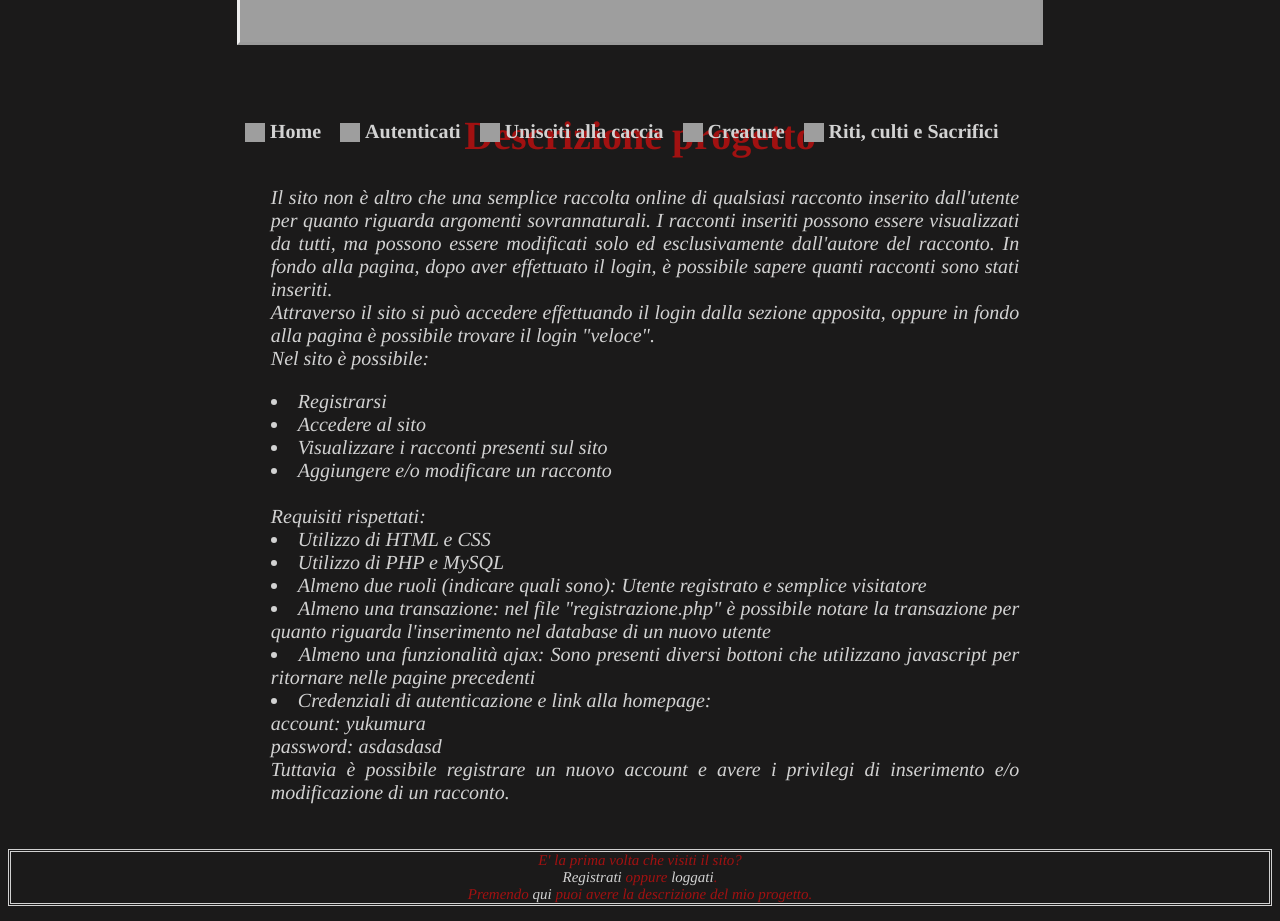
Repository: yukumura/yukumura-s-project
Page: http://localhost/descrizione.php
The author's editor kept a record of every edit. The page is drawn from the files as they stood at one moment, then again after the next edit.
The browser window is 1280 px wide. The pictures show the part of the page from y = 191 to 1143 px (the page is 1112 px tall before and 1143 px after).
Pictures or frames that could not be fetched are drawn as grey boxes. The page is run by PHP 8.4 with error messages shown; the project is at /var/www/html/.

Above is the page before.

### descrizione.php
<!DOCTYPE html>
<?php
//include('cuore.php');
if (!isset($_SESSION)) {
      session_start();
    }else echo "sessione già aperta";
include ('database_connect.php');
?>
<html>

  <head>
    <meta charset="utf-8"/>
    <link rel="stylesheet" type="text/css" href="mystyle.css" media="screen">
    <title>Guide e strategie per combattere ogni tipo di essere soprannaturale</title>
  </head>

  <body>
  <?php
  include('intestazione.html');
  ?>

   <div class="titolo">
     <h1>Descrizione progetto</h1>
   </div>

    <div id="content">
     <p><em>
             Il sito non è altro che una semplice raccolta online di qualsiasi racconto inserito dall'utente per quanto riguarda argomenti sovrannaturali. I racconti inseriti possono essere visualizzati da tutti, ma possono essere modificati solo ed esclusivamente dall'autore del racconto. In fondo alla pagina, dopo aver effettuato il login, è possibile sapere quanti racconti sono stati inseriti.<br>
             Attraverso il sito si può accedere effettuando il login dalla sezione apposita, oppure in fondo alla pagina è possibile trovare il login "veloce".
         <br>Nel sito è possibile:
    <div class="prog">
         <li>Registrarsi</li>
         <li>Accedere al sito</li>
         <li>Visualizzare i racconti presenti sul sito</li>
         <li>Aggiungere e/o modificare un racconto</li>

        <br>Requisiti rispettati:

    <li>Utilizzo di HTML e CSS</li>
    <li>Utilizzo di PHP e MySQL</li>
    <li>Almeno due ruoli (indicare quali sono): Utente registrato e semplice visitatore</li>
    <li>Almeno una transazione: nel file "registrazione.php" è possibile notare la transazione per quanto riguarda l'inserimento nel database di un nuovo utente</li>
    <li>Almeno una funzionalità ajax: Sono presenti diversi bottoni che utilizzano javascript per ritornare nelle pagine precedenti</li>
    <li>Credenziali di autenticazione e link alla homepage:<br> account: yukumura<br>password: asdasdasd<br>Tuttavia è possibile registrare un nuovo account e avere i privilegi di inserimento e/o modificazione di un racconto.</li></div>
    </div>
    <?php
include('piepagina.php');
?>

 </body>

</html>

### database_connect.php
<?php
// dati per loggare sul server pubblico
$ip = "localhost";
$user = "cicilloniAlberto";
$password = "scimmia454";
$db = "amm14_cicilloniAlberto";
$mysqli = new mysqli();
$mysqli->connect($ip, $user, $password, $db);
// verifico la presenza di errori
if($mysqli->connect_errno!= 0){
// gestione errore
$idErrore= $mysqli->connect_errno;
$msg= $mysqli->connect_error;
error_log("Errore nella connessione al server $idErrore: $msg", 0);
echo "Errore nella connessione $msg";
}
?>

### intestazione.html
<!DOCTYPE html>
<html>
    <!-- Questa è l'intestazione del sito, ripetuta su ogni pagina -->
    <body>
    <div class="header">
     <img src="http://imgup.motion-twin.com/muxxu/5/4/cdf10b8e_1157799.jpg" width="800" height="200" alt="banner">
   </div>

    <div class="nav">
      <ul id="menu">
	<li><a href="index.php">Home</a></li>
	<li><a href="login.php">Autenticati</a></li>
	<li><a href="registrati.php">Unisciti alla caccia</a></li>
	<li><a href="creature.php">Creature</a></li>
	<li><a href="RCeS.php">Riti, culti e Sacrifici</a></li>
      </ul>
    </div>
    <br><br>
    </body>
</html>

### piepagina.php
 <div id="piedipagina">
 <div id="formattazione_testo">
  <p>
  <?php
  include('cuore.php');
  include('database_connect.php');

 if(isset($_SESSION['username'])) {
$query="SELECT inseriti FROM iscritti where username = '$_SESSION[username]'";
$result = $mysqli->query($query);
$row = mysqli_fetch_row($result);
echo "Bentornato, ".$_SESSION['username'];
echo ". Hai inserito $row[0] racconti nel sito.<br>";
echo "Ricordati di "; echo "<a href='logout.php'>sloggare</a>"; echo " quando hai finito.";
}else{
      echo "E' la prima volta che visiti il sito? <br>";
      echo "<a href='registrati.php'>Registrati</a>";
      echo " oppure ";
      echo "<a href='login.php'>loggati</a>.";
      }
  ?>
  <br>Premendo <a href='descrizione.php'>qui</a> puoi avere la descrizione del mio progetto.
  </p>
  </div>
  </div>

### cuore.php
  <?php

if (!isset($_SESSION)) {
      session_start();
}
?>

### mystyle.css
.header {
    display: block;
    margin: 30px auto 0 0;
    text-align: center;
}

.header img {
    /*position: relative;*/
    bottom: 10px;
    border-style: outset;
}

.nav {
    position:absolute;
    bottom:570px;
    left: 70px;
    }

.nav li {
    font-family: "Times	New Roman", Times, serif;
    font-size: 20px;
    font-weight: bold;
}

.nav ul {
    position: relative;
    list-style-type: none;
    top: 200px;
    left: 120px;

}

.nav ul li {

    background-image: url('http://upload.wikimedia.org/wikipedia/commons/thumb/f/f6/Pentacle_3.svg/45px-Pentacle_3.svg.png');
    background-repeat: no-repeat;
    background-position: 15px 3px;
    padding-left: 40px;
    background-size: 20px 20px;
    display: inline;
}

.titolo {
    color: #A11111;
    font-family: "Times	New Roman", Times, serif;
    font-size: 20px;
    text-align: center;
}

body {
    background-color: #1B1A1A;
}

/*#sidebar1 {
    float:left;
    width: 20%;
    //padding-left: 1%;
}

#sidebar2 {
    float:left;
    width: 20%;
    //padding-right: 1%;
}
*/


#content {
    margin-left: 20%;
    margin-right: 20%;
    padding-bottom: 30px;
    padding-left: 10px;
}

#content p {
    color: #D2D2D2;
    text-align: justify;
    font-family: "Times	New Roman", Times, serif;
    font-size: 20px;
}

a:link {
    text-decoration: none;
    color: #D2D2D2;
}

a:visited {
    text-decoration: none;
    color: #D2D2D2;
}

a:hover {
    color: #A11111;
}

#form_registrazione {
    color: #D2D2D2;
     width: 200px;
    height: 200px;
    margin: 0 auto;
}

#form_autenticazione {
    color: #D2D2D2;
     width: 200px;
    height: 200px;
    margin: 0 auto;
}

.rces{
    color: #D2D2D2;
    text-align: justify;
    font-family: "Times	New Roman", Times, serif;
    font-size: 20px;
}

.rces h3{
    color: #A11111;
}

#formattazione_testo{
    color: #A11111;
    font-family: "Times	New Roman", Times, serif;
}

#formattazione_testo p{
    border-style:double;
    border-color: #D2D2D2;
    font-size: 15px;
    text-align: center;
}

#formattazione_testo h4{
    text-align: center;
}

#form_creature {
    color: #D2D2D2;
     width: 200px;
    height: 200px;
    /*margin: 0 auto;*/
}

.segnalibro {
    color: #A11111;
    font-family: "Times	New Roman", Times, serif;
    text-align: center;
    font-size: 30px;
}

#lettere h1{
    color: #A11111;
}

#form1 {
    float: right;
}

#form2{
    float:left;
}

.prog {
    color: #D2D2D2;
    text-align: justify;
    font-family: "Times	New Roman", Times, serif;
    font-size: 20px
}

After the next edit:
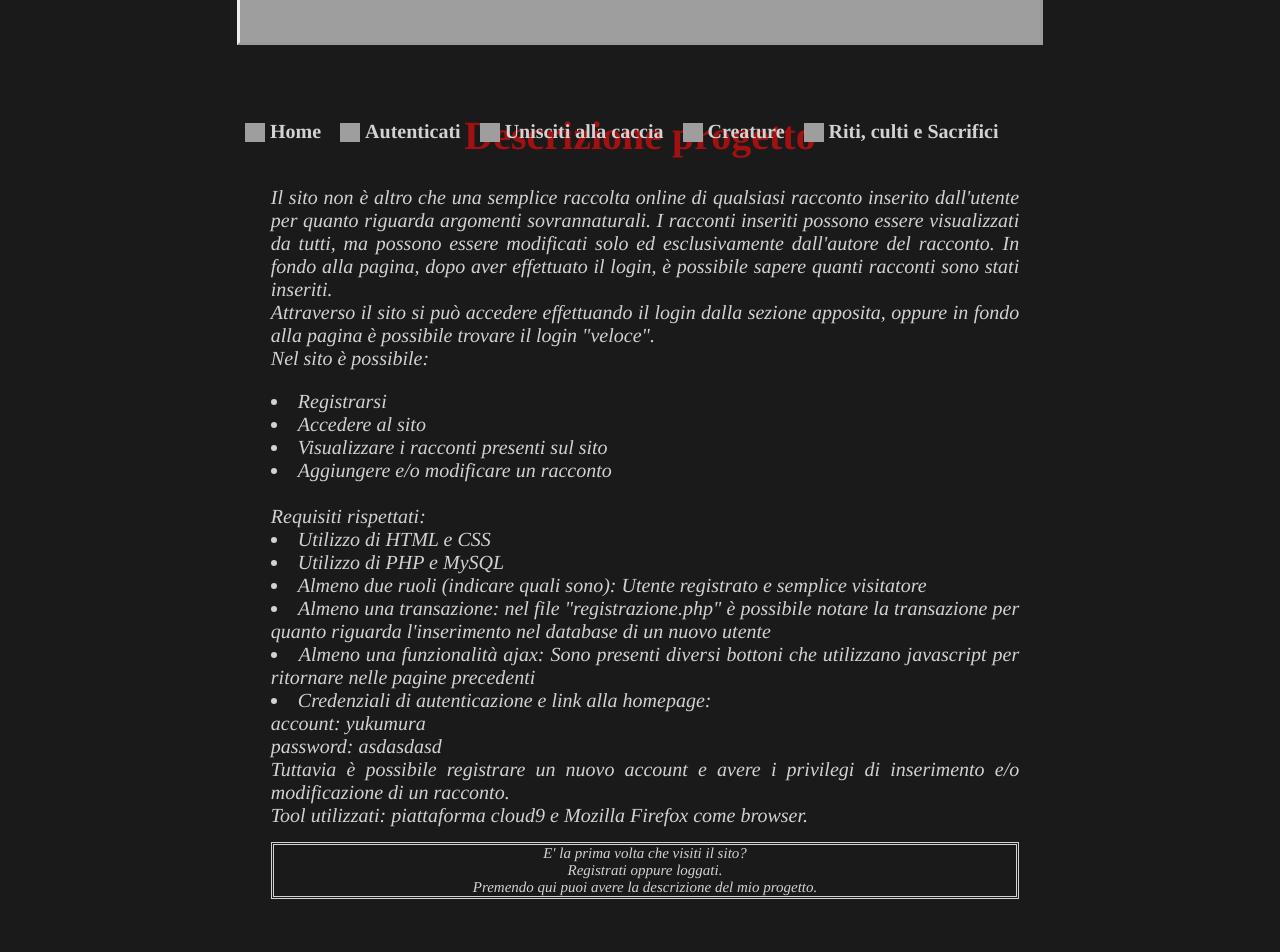
The edit:
--- a/descrizione.php
+++ b/descrizione.php
@@ -41,7 +41,8 @@
     <li>Almeno due ruoli (indicare quali sono): Utente registrato e semplice visitatore</li>
     <li>Almeno una transazione: nel file "registrazione.php" è possibile notare la transazione per quanto riguarda l'inserimento nel database di un nuovo utente</li>
     <li>Almeno una funzionalità ajax: Sono presenti diversi bottoni che utilizzano javascript per ritornare nelle pagine precedenti</li>
-    <li>Credenziali di autenticazione e link alla homepage:<br> account: yukumura<br>password: asdasdasd<br>Tuttavia è possibile registrare un nuovo account e avere i privilegi di inserimento e/o modificazione di un racconto.</li></div>
+    <li>Credenziali di autenticazione e link alla homepage:<br> account: yukumura<br>password: asdasdasd<br>Tuttavia è possibile registrare un nuovo account e avere i privilegi di inserimento e/o modificazione di un racconto.</li>
+    Tool utilizzati: piattaforma cloud9 e Mozilla Firefox come browser.
     </div>
     <?php
 include('piepagina.php');
